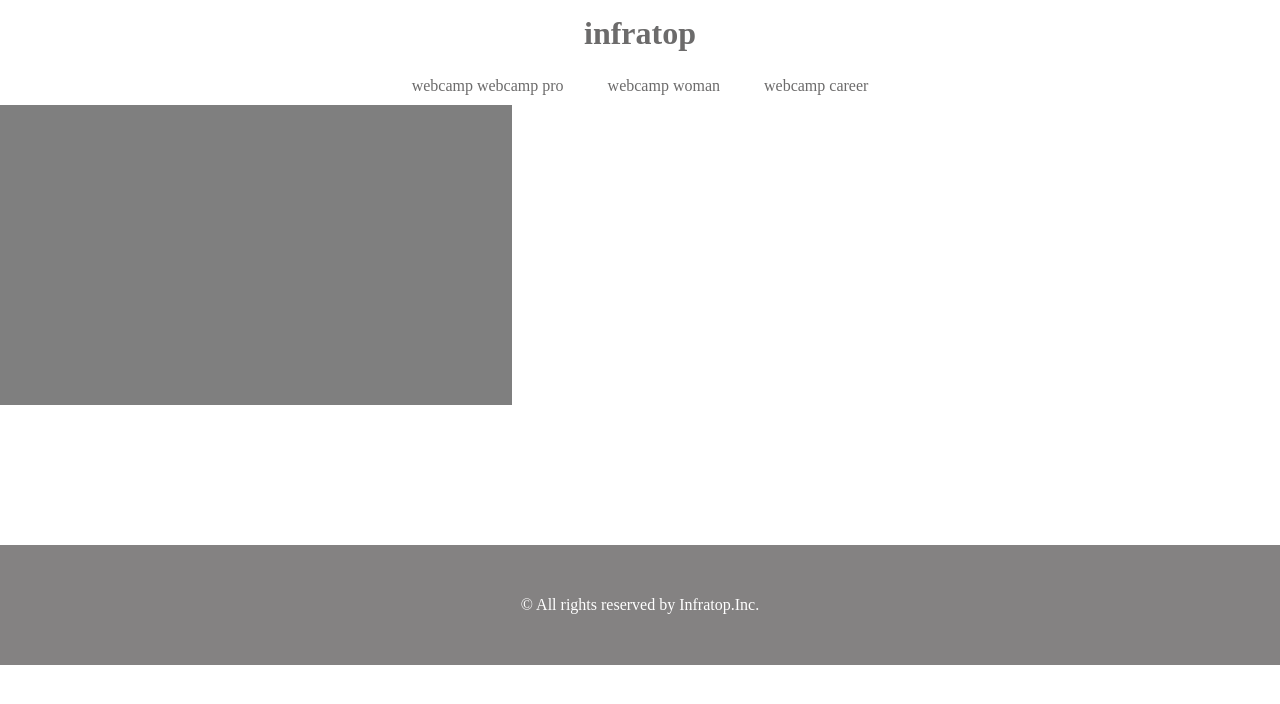
Repository: yesohnuki/shinya-ohnuki
Page: caravan/chapter5.html
The author's editor kept a record of every edit. The page is drawn from the files as they stood at one moment, then again after the next edit.
The browser window is 1280 px wide. The pictures show the whole page.

Above is the page before.

### caravan/chapter5.html
<!DOCTYPE html>
<html lang="ja">
  <head>
    <meta charset="UTF-8" />
    <!-- CSSファイルの読み込み -->
    <link rel="stylesheet" href="style.css" />
    <title>infratop</title>
  </head>

  <body>
    <!-- header -->
    <header>
      <h1 class="heading">
        <a href="index.html">
          infratop
        </a>
      </h1>
    </header>

    <!-- navigation -->
    <nav>
      <ul class="nav-list">
        <li class="nav-list-item">
          <a href="index.html">webcamp</a>
          <a href="indfx.html">webcamp pro</li>
        <li class="nav-list-item">webcamp woman</li>
        <li class="nav-list-item">webcamp career</li>
      </ul>
    </nav>

    <!-- main-visual用のdiv -->
    <div class="main-visual">
      <div class="main-visual-content"></div>
    </div>

    <!-- main用のdiv -->
    <div class="main">
      <div class="blog"></div>
      <div class="sidebar"></div>
    </div>

    <!-- footer -->
    <footer>
      <p class="footer-text">© All rights reserved by Infratop.Inc.</p>
    </footer>
  </body>
</html>

### caravan/style.css
* {
  margin: 0;
  padding: 0;
  box-sizing: border-box;
  color: #6c6b6b;
}

a {
  text-decoration: none;
}

header {
  width: 90%;
  padding: 15px 0;
  margin: 0 auto;
  text-align: center;
}

header .heading {
  font-size: 32px;
}

.nav-list {
  text-align: center;
  padding: 10px 0;
  margin: 0 auto;
}

.nav-list-item {
  list-style: none;
  display: inline-block;
  margin: 0 20px;
}


.main-visual-content {
  width: 40%;
  height: 300px;
  background-color: rgba(0, 0, 0, 0.5);
  text-align: center;
  padding-top: 105px;
}

.main-visual-text {
  color: #fff;
}

.main-visual-name {
  margin-top: 30px;
  color: #fff;
}

.main {
  width: 800px;
  display: flex;
  justify-content :center;
  margin: 0 auto;
  padding: 70px 0;
}

.blog {
  width: 540px;
  margin-right: 30px;
}

.blog-heading {
  border-bottom: 8px solid;
  text-align: center;
  line-height: 0.6;
}

.sidebar {
  width: 230px;
}

footer {
  width: 100%;
  height: 120px;
  text-align: center;
  line-height: 120px;
  background-color: #848282;
}

.footer-text {
  color: #fff;
}

After the next edit:
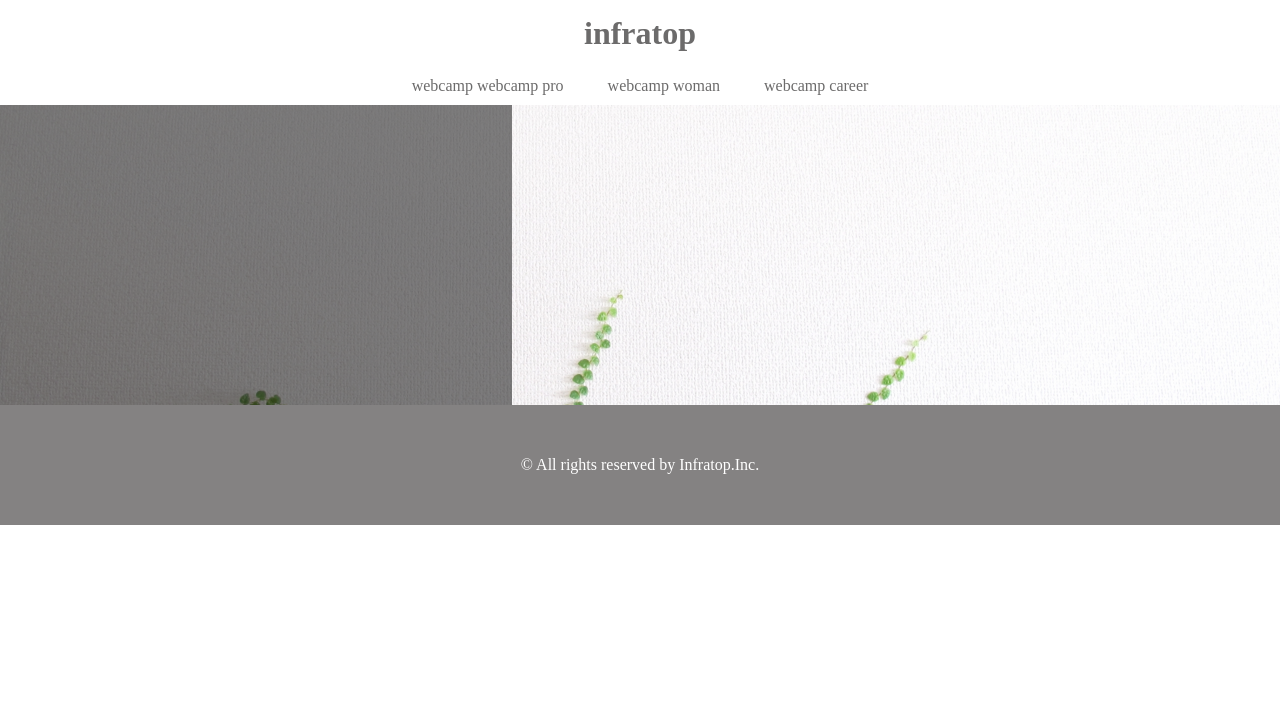
The edit:
--- a/caravan/style.css
+++ b/caravan/style.css
@@ -32,43 +32,55 @@
   margin: 0 20px;
 }
 
+.main-visual {
+  width: 100%; /* 横幅いっぱい */
+  height: 300px; /* 高さ300px */
+  background-image: url(img/mv.jpg);
+  background-size: cover;
+  background-position: center;
+}
 
 .main-visual-content {
-  width: 40%;
-  height: 300px;
-  background-color: rgba(0, 0, 0, 0.5);
-  text-align: center;
-  padding-top: 105px;
+  width: 40%; /* 横幅40% */
+  height: 300px; /* 親の高さに揃える */
+  background-color: rgba(0, 0, 0, 0.5); /* 背景色を半透明の黒にする */
+  text-align: center; /* 文字を中央揃えにする */
+  padding-top: 105px; /* 上側の内側余白で垂直方向の位置を調整 */
 }
 
 .main-visual-text {
-  color: #fff;
+  color: #fff; /* 文字色を白に変更 */
 }
 
 .main-visual-name {
-  margin-top: 30px;
-  color: #fff;
+  margin-top: 30px; /* 上側の外側の余白 */
+  color: #fff; /* 文字色を白に変更 */
 }
 
-.main {
-  width: 800px;
-  display: flex;
-  justify-content :center;
-  margin: 0 auto;
-  padding: 70px 0;
+main {
+  width: 800px; /* 横幅800px */
+  display: flex; /* Flexboxの利用 */
+  justify-content: center; /* 要素の横並び・中央寄せ */
+  margin: 0 auto; /* 要素の中央揃え */
+  padding: 70px 0; /* 上下に70px、左右に0pxの内側余白 */
 }
 
 .blog {
   width: 540px;
-  margin-right: 30px;
+  margin-right: 30px; /* 領域の右側余白 */
 }
 
 .blog-heading {
-  border-bottom: 8px solid;
+  border-bottom: 8px solid #f7f7f7;
   text-align: center;
   line-height: 0.6;
 }
 
+.blog-item {
+  padding-bottom: 20px;
+  margin-bottom: 20px;
+  border-bottom: 1px solid #f7f7f7;
+}
 .sidebar {
   width: 230px;
 }
